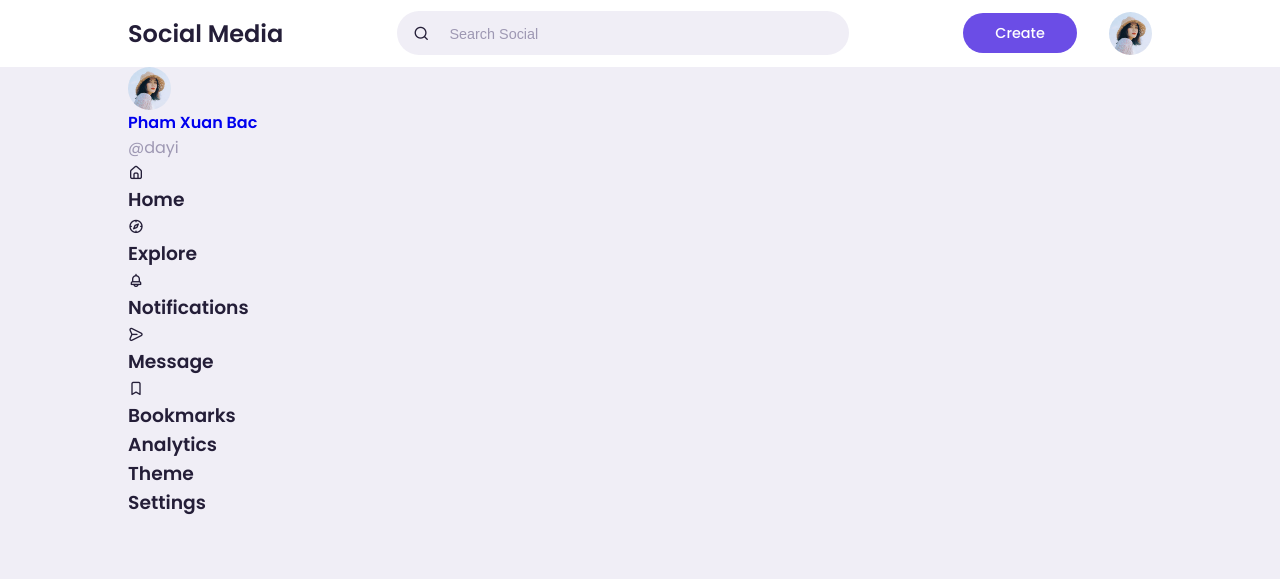
Repository: northpx/socialMedia
Page: index.html
These files come from the project's save history. The page is drawn as it stood at one moment and after the next save; the edit follows.
The browser window is 1280 px wide. The pictures show the whole page.

Above is the page before, as saved 2023-03-07 16:58:51.

### index.html
<!DOCTYPE html>
<html lang="en">
<head>
    <meta charset="UTF-8">
    <meta http-equiv="X-UA-Compatible" content="IE=edge">
    <meta name="viewport" content="width=device-width, initial-scale=1.0">
    <link rel="stylesheet" href="/css/style.css">
    <link rel="stylesheet" href="https://unicons.iconscout.com/release/v4.0.0/css/line.css">
    <title>Social Media</title>
</head>
<body>
    <nav>
        <div class="container">
            <h2 class="logo">
                Social Media
            </h2>
            <div class="search-bar">
                <i class="uil uil-search"></i>
                <input type="search" placeholder="Search Social">
            </div>
            <div class="create">
                <label for="create-post" class="btn btn-primary">Create</label>
                <div class="profile-picture">
                    <img src="./images/profile-1.jpg" alt="">
                </div>
            </div>
        </div>
    </nav>

    <main>
        <div class="container">
            <!-- ===========LEFT================ -->
            <div class="left">
                <a href="#" class="profile">
                    <div class="profile-picture">
                        <img src="./images/profile-1.jpg" alt="">
                    </div>
                    <div class="handle">
                        <h4>Pham Xuan Bac</h4>
                        <p class="text-muted">
                            @dayi
                        </p>
                    </div>
                </a>
                <!-- =================SIDEBAR=========== -->
                <div class="sidebar">
                    <a class="menu-item">
                        <span><i class="uil uil-estate"></i></span><h3>Home</h3>
                        <span><i class="uil uil-compass"></i></span><h3>Explore</h3>
                        <span><i class="uil uil-bell"></i></span><h3>Notifications</h3>
                        <span><i class="uil uil-message"></i></span><h3>Message</h3>
                        <span><i class="uil uil-bookmark"></i></span><h3>Bookmarks</h3>
                        <span></span><h3>Analytics</h3>
                        <span></span><h3>Theme</h3>
                        <span></span><h3>Settings</h3>
                    </a>
                </div>
            </div>
            <!-- ===============MIDDLE============== -->
            <div class="middle">

            </div>
            <!-- ==============RIGHT============== -->
            <div class="right">

            </div>
        </div>
    </main>
</body>
</html>

### css/style.css
@import url("https://fonts.googleapis.com/css2?family=Poppins:ital,wght@0,400;0,500;0,600;1,400;1,500;1,600&family=Roboto:ital,wght@0,100;0,300;0,400;0,500;0,700;0,900;1,100;1,300;1,400;1,500;1,700;1,900&display=swap");
:root {
  --color-white: hsl(252,30%,100%);
  --color-light: hsl(252,30%,95%);
  --color-gray: hsl(252,15%,65%);
  --color-primary: hsl(252,75%,60%);
  --color-secondary: hsl(252,100%,90%);
  --color-success: hsl(120,95%,65%);
  --color-danger: hsl(0,95%,65%);
  --color-dark: hsl(252,30%,17%);
  --color-black: hsl(252,30%,10%);
  --border-radius: 2rem;
  --card-border-radius: 1rem;
  --btn-padding: 0.6rem 2rem;
  --search-padding: 0.6rem 1rem;
  --card-padding: 1rem;
  --sticky-top-left: 5.4rem;
  --sticky-top-right: -18rem;
}

*, *::before, *::after {
  margin: 0;
  padding: 0;
  outline: 0;
  box-sizing: border-box;
  text-decoration: none;
  list-style: none;
  border: none;
}

body {
  font-family: "Poppins", sans-serif;
  color: var(--color-dark);
  background: var(--color-light);
  overflow-x: hidden;
}

.container{
    width: 80%;
    margin: 0 auto;
}

.profile-picture{
    width: 2.7rem;
    aspect-ratio: 1/1;
    border-radius: 50%;
    overflow: hidden;
}

img{
    display: block;
    width: 100%;
}

.btn{
    display:  inline-block;
    padding: var(--btn-padding);
    font-weight: 500;
    border-radius: var(--border-radius);
    cursor: pointer;
    transition: all .3s ease;
    font-size: 0.9rem;
}

.btn:hover{
    opacity: 0.8;
}

.btn-primary{
    background: var(--color-primary);
    color: white;
}

.text-bold{
    font-weight: 500;
}

.text-muted{
    color: var(--color-gray);
}

nav{
    width: 100%;
    background: var(--color-white);
    padding: 0.7rem 0;
    top: 0;
    z-index: 10;
}

nav .container{
    display: flex;
    align-items: center;
    justify-content: space-between;
}

nav .search-bar{
    background: var(--color-light);
    border-radius: var(--border-radius);
    padding: var(--search-padding);
}

nav .search-bar input[type="search"]{
    background: transparent;
    width: 30vw;
    margin-left: 1rem;
    font-size: 0.9rem;
    color: var(--color-dark);
}

nav .search-bar input[type="search"]::placeholder{
    color: var(--color-gray);

}

nav .create{
    display: flex;
    align-items: center;
    gap: 2rem;
}

After the next save:
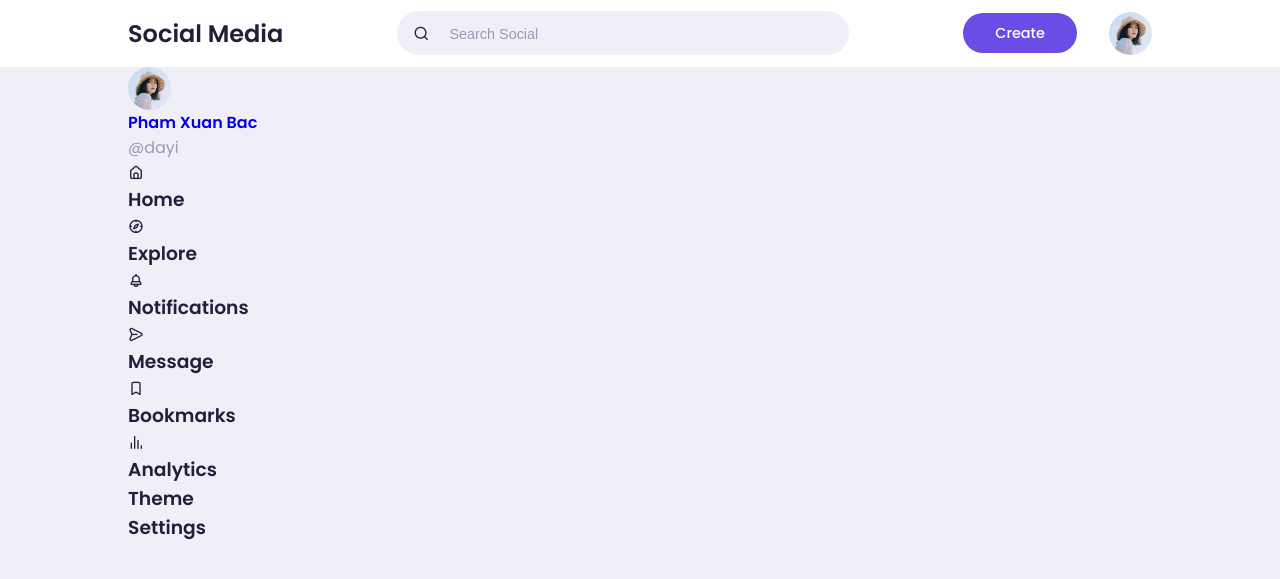
Saved 10 s later.
--- a/index.html
+++ b/index.html
@@ -50,7 +50,7 @@
                         <span><i class="uil uil-bell"></i></span><h3>Notifications</h3>
                         <span><i class="uil uil-message"></i></span><h3>Message</h3>
                         <span><i class="uil uil-bookmark"></i></span><h3>Bookmarks</h3>
-                        <span></span><h3>Analytics</h3>
+                        <span><i class="uil uil-analytics"></i></span><h3>Analytics</h3>
                         <span></span><h3>Theme</h3>
                         <span></span><h3>Settings</h3>
                     </a>
